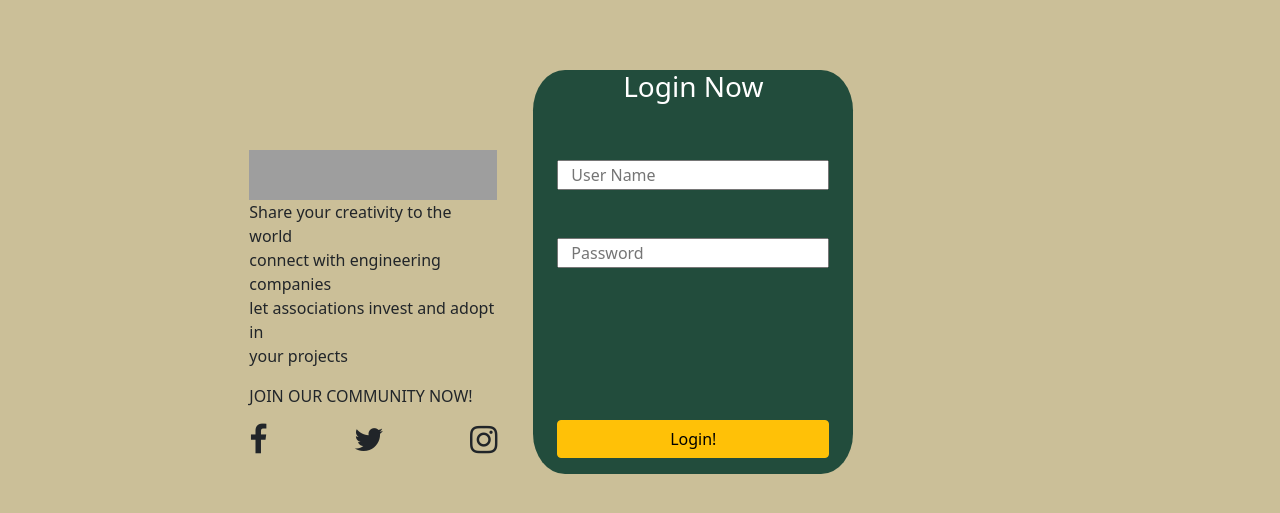
Repository: ahmadjamal-1997/Project-Taqadam
Page: http://localhost/Taqadam/WEB-INF/login.jsp
An editor plug-in stored every save of this project. The page is shown before and after the next save, followed by the edit.
The browser window is 1280 px wide. The pictures show the whole page.
Pictures or frames that could not be fetched are drawn as grey boxes. The page is served by Tomcat 9. Nobody is signed in. Other server files are loaded and not shown. The template is opened directly, without the code that normally fills it, so the values that code supplies are empty.

Above is the page before, as saved 2022-03-31 10:31:31.

### Taqadam-new/Taqadam-java/Taqadam-new/Taqadam/src/main/webapp/WEB-INF/login.jsp
<%@ page language="java" contentType="text/html; charset=UTF-8"
    pageEncoding="UTF-8"%>
<%@ taglib prefix="c" uri="http://java.sun.com/jsp/jstl/core" %>
<%@ taglib prefix="form" uri="http://www.springframework.org/tags/form" %>
<%@ page isErrorPage="true" %>
<!DOCTYPE html PUBLIC "-//W3C//DTD HTML 4.01 Transitional//EN" "http://www.w3.org/TR/html4/loose.dtd">
<html>
<head>
<meta http-equiv="Content-Type" content="text/html; charset=UTF-8">
<title>Registration Page</title>
<link href="https://cdn.jsdelivr.net/npm/bootstrap@5.1.3/dist/css/bootstrap.min.css" rel="stylesheet" integrity="sha384-1BmE4kWBq78iYhFldvKuhfTAU6auU8tT94WrHftjDbrCEXSU1oBoqyl2QvZ6jIW3" crossorigin="anonymous">
<link rel="stylesheet" href="https://cdnjs.cloudflare.com/ajax/libs/font-awesome/4.7.0/css/font-awesome.min.css">
<style>
        img{
            max-height: 50px;
        }
        .form{
            border-radius: 10%;
             display: flex;
             flex-direction: column;

             align-items: center;
             background-color: #224c3c;
        }
        .par{
        display:flex;
        justify-content:space-between;

        }
    </style>
</head>
<body>
   <body style="background-color: #cbbf98;">
    <div class="container-fluid" >
        <div class="row" style="height: 70px;">
        </div>
        <div class="row">
            <div class="col-2"></div>
            <div class="col-3">
            <div class="container">
            <div class="row" style="height:80px;">
            </div>
            	<div class="row">
                <img src="/photo/taqdam-01.png" alt="logo">
                </div>
                <p class="par">Share your creativity to the world<br>connect with engineering companies<br>
                let associations invest and adopt in<br>your projects</p>
                <p class="par">JOIN OUR COMMUNITY NOW!</p>
                <p class="par fs-2"><i class="fa fa-facebook-f"></i><i class="fa fa-twitter"></i><i class="fa fa-instagram"></i></p>
            </div>
            </div>
            <div class="col-3 form">
                    <h3 style="color: white;">Login Now</h3>

                <div class="container">
                <form method="POST" action="/login">
                <div class="row mb-3 mt-5">
           			 <input type="text" id="email" name="username" placeholder="User Name"/>
      			</div>

            <div class="row mb-3 mt-5">
            <input type="password" id="password" name="password" placeholder="Password"/>
            </div>
            <div class="row mb-3" style="height:120px">
            </div>
            <div class="row mb-3">
       		 <input type="hidden" name="${_csrf.parameterName}" value="${_csrf.token}"/>
       		 <input type="submit" class="btn btn-warning" value="Login!"/>
       		 </div>
    			</form>
                    </div>
            </div>
        </div>
    </div>
</body>
</html>

After the next save:
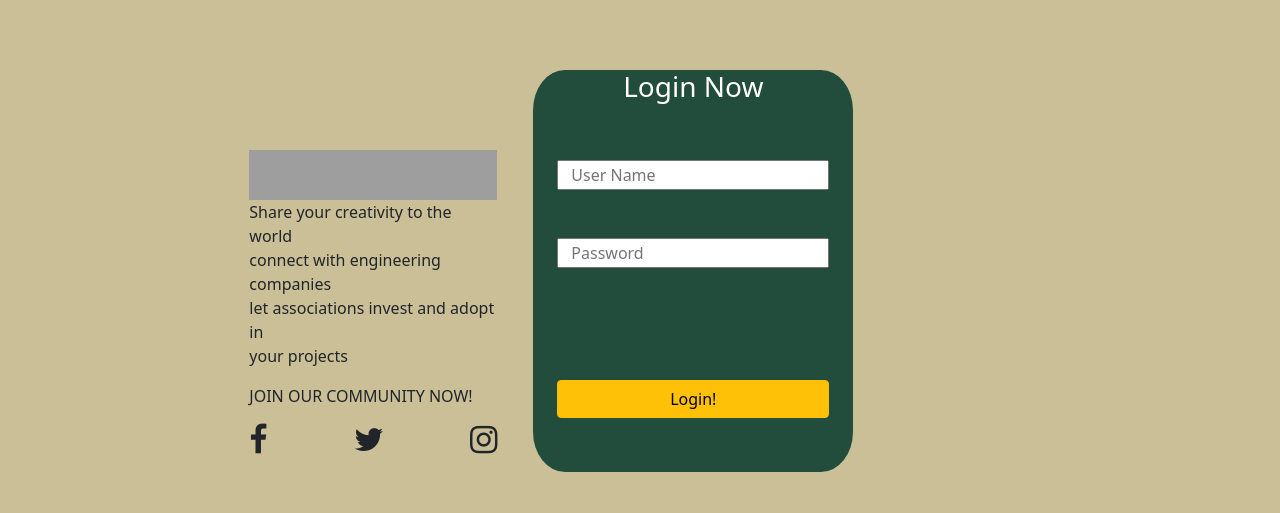
Saved 34 s later.
--- a/Taqadam-new/Taqadam-java/Taqadam-new/Taqadam/src/main/webapp/WEB-INF/login.jsp
+++ b/Taqadam-new/Taqadam-java/Taqadam-new/Taqadam/src/main/webapp/WEB-INF/login.jsp
@@ -61,7 +61,7 @@
             <div class="row mb-3 mt-5">
             <input type="password" id="password" name="password" placeholder="Password"/>
             </div>
-            <div class="row mb-3" style="height:120px">
+            <div class="row mb-3" style="height:80px">
             </div>
             <div class="row mb-3">
        		 <input type="hidden" name="${_csrf.parameterName}" value="${_csrf.token}"/>
